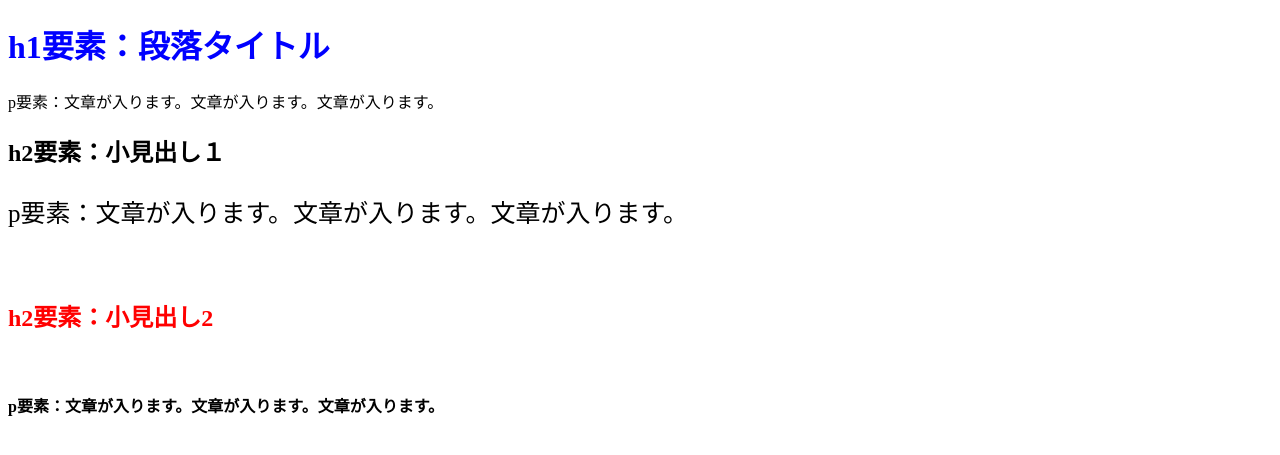
Repository: sachiko23/samurai_HTML-CSS
Page: index.html
The author's editor kept a record of every edit. The page is drawn from the files as they stood at one moment, then again after the next edit.
The browser window is 1280 px wide. The pictures show the whole page.

Above is the page before.

### index.html
<!DOCTYPE html>
<html lang="ja">
    <head>
        <meta charset="UTF-8">
        <title>HTML/CSSの学習</title>
        <style>#red{color: red;}.blue{color: blue;}</style>
    </head>
    <body>
        <h1 class="blue">h1要素：段落タイトル</h1>
        <p>p要素：文章が入ります。文章が入ります。文章が入ります。</p>
        <h2>h2要素：小見出し１</h2>
        <p style="font-size: 25px;">p要素：文章が入ります。文章が入ります。文章が入ります。</p>
　　　　<h2 id="red">h2要素：小見出し2</h2>
　　　　<p style="font-weight: bold;">p要素：文章が入ります。文章が入ります。文章が入ります。</p>
　　</body>
</html>

After the next edit:
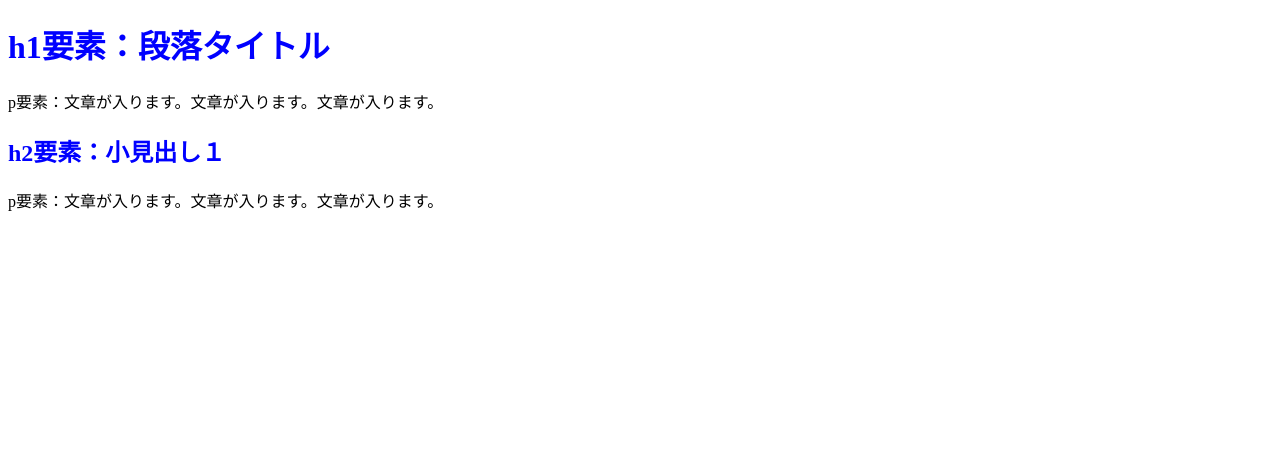
The edit:
--- a/index.html
+++ b/index.html
@@ -8,9 +8,7 @@
     <body>
         <h1 class="blue">h1要素：段落タイトル</h1>
         <p>p要素：文章が入ります。文章が入ります。文章が入ります。</p>
-        <h2>h2要素：小見出し１</h2>
-        <p style="font-size: 25px;">p要素：文章が入ります。文章が入ります。文章が入ります。</p>
-　　　　<h2 id="red">h2要素：小見出し2</h2>
-　　　　<p style="font-weight: bold;">p要素：文章が入ります。文章が入ります。文章が入ります。</p>
+        <h2 class="blue">h2要素：小見出し１</h2>
+        <p class="fs-25">p要素：文章が入ります。文章が入ります。文章が入ります。</p>
 　　</body>
 </html>
